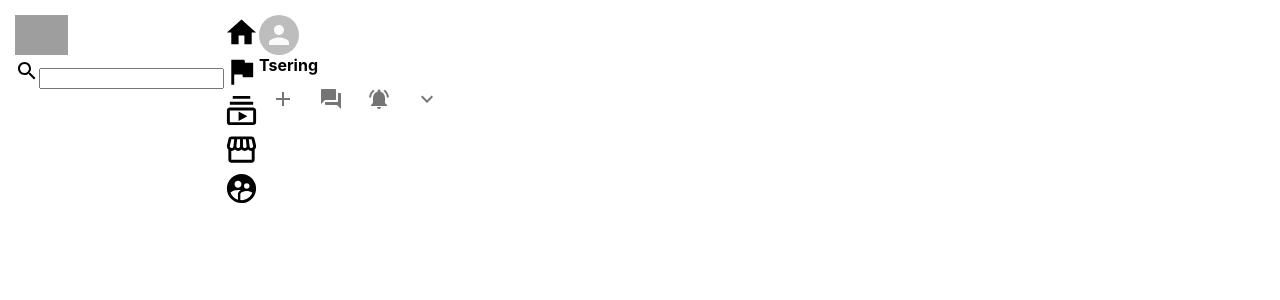
Repository: exiled-kal/FaceBook
Page: /
The author's editor kept a copy of each file at every save. The page is drawn from the files as they stood at one save, then again after the next save.
The browser window is 1280 px wide. The pictures show the whole page.
Pictures or frames that could not be fetched are drawn as grey boxes. The project was rebuilt for these pictures with package versions that can differ from the ones it lists, and the page was loaded fresh each time. Also part of the build but not shown: src/App.css.

Above is the page before, as saved 2020-08-29 21:47:14.

### src/App.js
import React from 'react';
import './App.css';
import Header from './Header';

function App() {
  return (
    <div className="app">
      {/* Header */}
      <Header />
      {/* App Body */}
      {/* SideBar */}
      {/* Feed */}
      {/* Widget */}
    </div>
  );
}

export default App;

### src/Header.js
import React from 'react';
import './Header.css';
import SearchIcon from '@material-ui/icons/Search';
import HomeIcon from '@material-ui/icons/Home';
import FlagIcon from '@material-ui/icons/Flag';
import SubscriptionOutlinedIcon from '@material-ui/icons/SubscriptionsOutlined';
import StorefrontOutlinedIcon from '@material-ui/icons/StorefrontOutlined';
import SupervisedUserCircleIcon from '@material-ui/icons/SupervisedUserCircle';
import {Avatar, IconButton} from '@material-ui/core';
import AddIcon from '@material-ui/icons/Add';
import ForumIcon from '@material-ui/icons/Forum';
import NotificationActiveIcon from '@material-ui/icons/NotificationsActive';
import ExpandMoreIcon from '@material-ui/icons/ExpandMore';

function Header() {
  return (
    <div className="header">
      <div className="header__left">
        <img
          src="https://facebookbrand.com/wp-content/uploads/2019/04/f_logo_RGB-Hex-Blue_512.png?w=512&h=512"
          alt=""
        />
        <div className="header__input">
          <SearchIcon />
          <input type="text" />
        </div>
      </div>

      <div className="header__middle">
        <div className="header__option">
          <HomeIcon fontSize="large" />
        </div>
        <div className="header__option">
          <FlagIcon fontSize="large" />
        </div>
        <div className="header__option">
          <SubscriptionOutlinedIcon fontSize="large" />
        </div>
        <div className="header__option">
          <StorefrontOutlinedIcon fontSize="large" />
        </div>
        <div className="header__option">
          <SupervisedUserCircleIcon fontSize="large" />
        </div>
      </div>

      <div className="header__right">
        <div className="header__info">
          <Avatar />
          <h4>Tsering</h4>
        </div>
        <IconButton>
          <AddIcon />
        </IconButton>
        <IconButton>
          <ForumIcon />
        </IconButton>
        <IconButton>
          <NotificationActiveIcon />
        </IconButton>
        <IconButton>
          <ExpandMoreIcon />
        </IconButton>
      </div>
    </div>
  );
}

export default Header;

### src/Header.css
.header {
  display: flex;
  padding: 15px;
}

.header__left > img {
  height: 40px;
}

Loaded but not shown: public/index.html (common file); src/index.js (common file); src/index.css (common file); src/serviceWorker.js (common file)

After the next save:
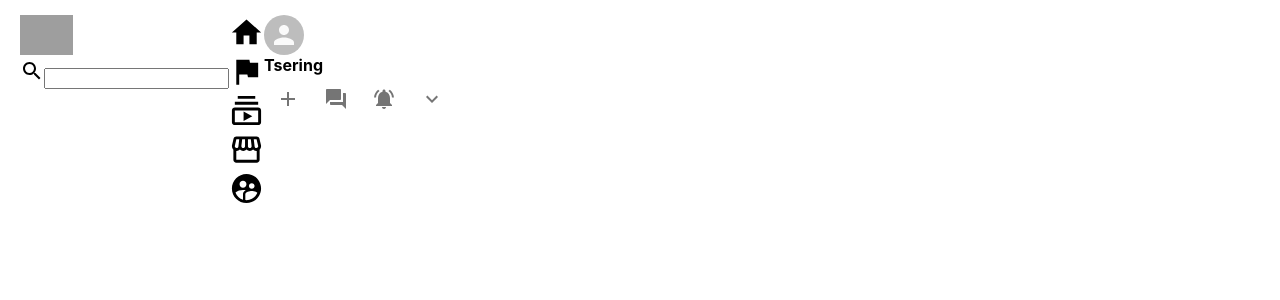
Saved 10 s later.
--- a/src/Header.css
+++ b/src/Header.css
@@ -1,6 +1,6 @@
 .header {
   display: flex;
-  padding: 15px;
+  padding: 15px 20px;
 }
 
 .header__left > img {
